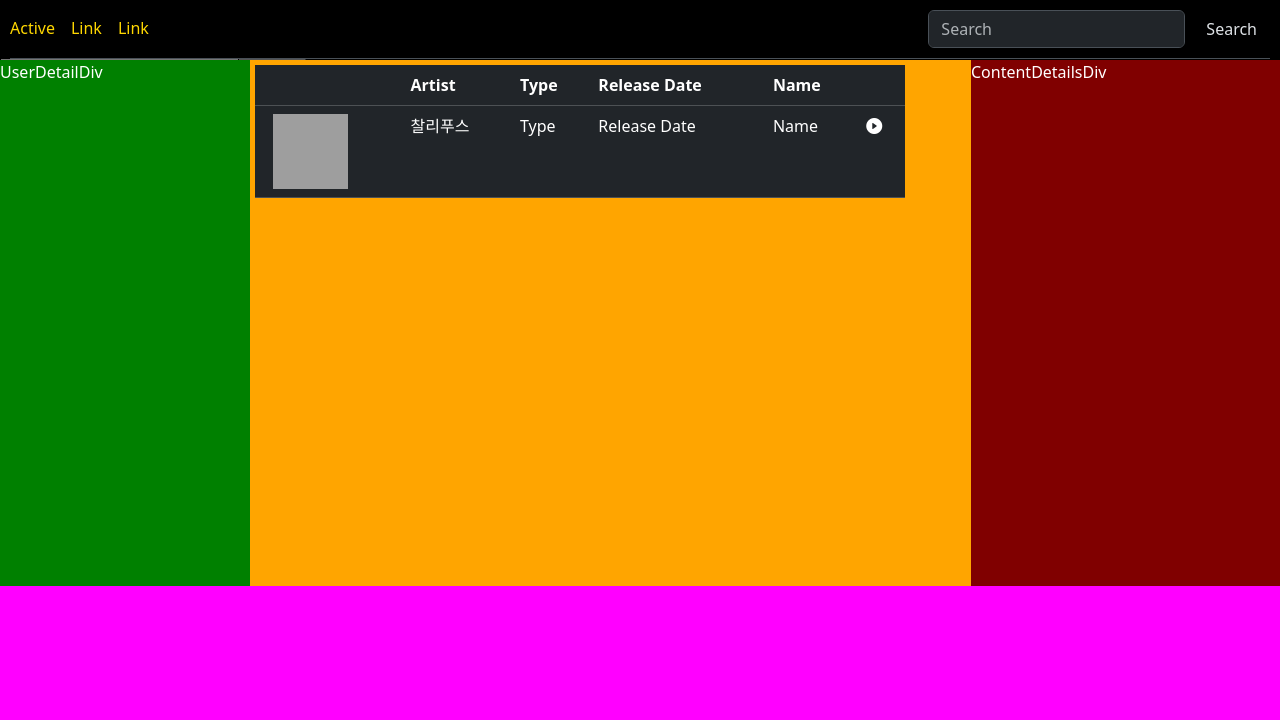
Repository: budflower44/My_Music_Life
Page: http://localhost/my_music_life/WEB-INF/views/mml/main.jsp
These files come from the project's save history. The page is drawn as it stood at one moment and after the next save; the edit follows.
The browser window is 1280 px wide. The pictures show the whole page.
Pictures or frames that could not be fetched are drawn as grey boxes. The page is served by Tomcat 9. Nobody is signed in. Other server files are loaded and not shown. The template is opened directly, without the code that normally fills it, so the values that code supplies are empty.

Above is the page before, as saved 2024-02-16 05:36:04.

### my_music_life/src/main/webapp/WEB-INF/views/mml/main.jsp
<%@ page language="java" contentType="text/html; charset=UTF-8"
    pageEncoding="UTF-8"%>
<!DOCTYPE html>
<html>
<head>
<meta charset="UTF-8">
<title>Insert title here</title>
</head>
<link rel="stylesheet" href="https://cdn.jsdelivr.net/npm/bootstrap-icons@1.10.5/font/bootstrap-icons.css">
<link href="https://cdn.jsdelivr.net/npm/bootstrap@5.3.1/dist/css/bootstrap.min.css" rel="stylesheet" integrity="sha384-4bw+/aepP/YC94hEpVNVgiZdgIC5+VKNBQNGCHeKRQN+PtmoHDEXuppvnDJzQIu9" crossorigin="anonymous">
<script src="https://cdn.jsdelivr.net/npm/@popperjs/core@2.11.8/dist/umd/popper.min.js" integrity="sha384-I7E8VVD/ismYTF4hNIPjVp/Zjvgyol6VFvRkX/vR+Vc4jQkC+hVqc2pM8ODewa9r" crossorigin="anonymous"></script>
<script src="https://cdn.jsdelivr.net/npm/bootstrap@5.3.1/dist/js/bootstrap.min.js" integrity="sha384-Rx+T1VzGupg4BHQYs2gCW9It+akI2MM/mndMCy36UVfodzcJcF0GGLxZIzObiEfa" crossorigin="anonymous"></script>
<style>
body{
	background-color : black;
	color: white;
	padding: 0;
	margin: 0;
}
.parentsDiv{
	height: 100vh;
	width: 100vw;
	display: flex;
	flex-direction: column;
}
.HeaderDiv{
	height: 60px;
}
.MidDiv{
	height: calc(100vh - 214px);
	min-height: calc(100vh - 194px);
	display:flex;
}
.FooterDiv{
	background-color: fuchsia;
	height: 154px;
	padding: 0;
	margin: 0;
	position:sticky;
	top: calc(100vh - 214px);
}
.SearchLineDiv{

}
.UserDetailDiv{
	background-color: green;
	width: 250px;
	min-width: 250px;
}
.ContentsDiv{
	background-color: orange;
	width: 100%;
	height:calc(100vw-550px);
	display: flex;
	justify-content: space-between;
	overflow: scroll;
}
.ContentDiv{
	background-color: lime;
	width: 70%;
	height: calc(100vw-550px);
	overflow: scroll;
	align-items: flex-start;
}
.ContentDetailsDiv{
	background-color: maroon;
	width: 30%;
	min-width: 300px;
	height: 100%
}
.MusicBox{
	background-color: navy;
	padding: 0;
	margin: 5px;

}
.searchDiv{
	background-color: black;
	width: 650px;
	height: 75px;
	margin: 5px;
}
.searchDiv img{
	margin-left: 10px;
}
.searchDiv span{
	text-align: center;
}
.playIcon {
	display: inline;
}

.navDiv{
	position:sticky;
	padding-left: 10px;
	padding-right: 10px;
}
.nav-link{
	color: gold;
}
.nav-link:hover {
	color: white;
}
.navbar{
	background-color: black;
}
.table{
	max-width: 650px;
}
</style>
<body>
<div class="parentsDiv">
	<div class="HeaderDiv">
		<div class="SearchLineDiv">
				<div class="navDiv">
					<nav class="navbar border-bottom border-body" data-bs-theme="dark">
						<ul class="nav nav-underline justify-content-end">
							<li class="nav-item"><a class="nav-link" aria-current="page" href="#">Active</a></li>
							<li class="nav-item"><a class="nav-link" href="#">Link</a></li>
							<li class="nav-item"><a class="nav-link" href="#">Link</a></li>
						</ul>
						<form class="d-flex" role="search">
        					<input class="form-control me-2 " id="searchKeyword" type="search" placeholder="Search" aria-label="Search">
        					<button class="btn" type="button" id="searchBtn">Search</button>
      					</form>
					</nav>
				</div>
				<input type="text" id="searchKeyword"><button type="button" id="searchBtn">Search</button>
		</div>
	</div>
	<div class="MidDiv">
		<div class="UserDetailDiv">UserDetailDiv</div>
		<div class="ContentsDiv">
			<div class="contentDiv">
				<div class="searchDiv">
				<table id="SearchBox" class="table table-dark table-hover">
					<tr>
						<th></th>
						<th>Artist</th>
						<th>Type</th>
						<th>Release Date</th>
						<th>Name</th>
						<th></th>
					</tr>
					<tr>
						<td>
						<img alt="" src="https://i.scdn.co/image/ab67616d0000b273a3b39c1651a617bb09800fd8" style="height:75px; width:75px; display:inline;">
						</td>
						<td>찰리푸스</td>
						<td>Type</td>
						<td>Release Date</td>
						<td>Name</td>
						<td><i class="bi bi-play-circle-fill"></i></td>
					</tr>
				</table>
				</div>
			</div>
			<div class="ContentDetailsDiv">ContentDetailsDiv</div>
		</div>
	</div>
	<div class="FooterDiv">
		<div class="MusicBox" id="MusicBox"></div>
	</div>
	<div></div>
</div>

<script src="/resources/js/spotifyAPI.js"></script>

</body>
</html>

### my_music_life/src/main/webapp/resources/js/spotifyAPI.js
async function getTokenToServer(){
    try {
        const url = "/mml/token";
        const config = {
            method:'post'
        };
        const resp = await fetch(url, config);
        const result = await resp.text();
        // console.log("getTokenToServer result >> "+result);
        return result;
    } catch (error) {
        console.log(error);
    }
}

async function fetchWebApi(token, keyword) {
    var res1 = encodeURI(keyword);
    console.log(keyword);
    const res = await fetch(`https://api.spotify.com/v1/search?q=${keyword}&type=album%2Ctrack%2Cartist`, {
        headers: {
            Authorization: `Bearer ${token}`,
        },
        method : 'GET'
    });
  const data = await res.json();
  console.log(data);
  return data;
}

async function searchAlbumsDataToServer(searchData){
    try {
        const url = "/mml/search/albums";
        const config = {
            method : 'post',
            headers : {
                'content-type' : 'application/json; charset=utf-8'
            },
            body : JSON.stringify(searchData)
        };
        const resp = await fetch(url, config);
        const result = await resp.text();
        console.log("albums 서버 응답 받음:", result);
        const searchObj =  parseQueryString(result);;
        console.log(searchObj);
        return searchObj;
    } catch (error) {
        console.log(error);
    }
}

async function searchArtistsDataToServer(searchData){
    try {
        const url = "/mml/search/artists"
        const config = {
            method: 'post',
            headers : {
                'content-type' : 'appication/json; charset=utf-8'
            },
            body : JSON.stringify(searchData)
        };
        const resp = await fetch(url, config);
        const result = await resp.text();
        console.log("artists 서버 응답 받음", result);
        const searchObj =  parseQueryString(result);;
        console.log(searchObj);
        return searchObj;
    } catch (error) {
        console.log(error);
    }
}

document.getElementById('searchBtn').addEventListener('click', async ()=>{
    try {
        document.getElementById('SearchBox').innerHTML = "";
        tableFrom();
        const keywordVal = document.getElementById('searchKeyword').value;
        console.log(keywordVal);
        getTokenToServer().then(token=>{
            fetchWebApi(token, keywordVal).then(res =>{
                if(res.albums){
                    searchAlbumsDataToServer(res.albums).then(album =>{
                        console.log(album);
                        for(let i=0; i<res.albums.items.length; i++){
                            let artistsUri = album.artistsUri[i];
                            let artistsName = album.artistsName[i];
                            let albumType = album.albumType[i];
                            let releaseDate = album.releaseDate[i];
                            let name = album.name[i];
                            console.log(artistsUri);
                            console.log(res.albums.items[i].external_urls.spotify);
                            const url = res.albums.items[i].external_urls.spotify;
                            let embedUrl = url.match(/\/album\/(\w+)/)[0];
                            console.log(embedUrl);
                            embedFrom(artistsUri, artistsName, albumType, releaseDate, name, embedUrl);
                        }})
                }
                if(res.artists){
                    for(let i=0; i<res.artists.items.length; i++){
                        console.log(res.artists.items[i].external_urls.spotify);
                        const url = res.artists.items[i].external_urls.spotify;
                        const embedUrl = url.match(/\/artist\/(\w+)/)[0];
                        console.log(embedUrl);
                    }
                }
                if(res.tracks){
                    for(let i=0; i<res.tracks.items.length; i++){
                        console.log(res.tracks.items[i].external_urls.spotify);
                        const url = res.tracks.items[i].external_urls.spotify;
                        const embedUrl = url.match(/\/track\/(\w+)/)[0];
                        console.log(embedUrl);
                    }
                }

            })
        })
    } catch (error) {
        console.log(error);
    }
})

function embedFromPlayer(url){
    document.getElementById('MusicBox').innerHTML += `
    <iframe style="border-radius:12px"
    src="https://open.spotify.com/embed/${url}?utm_source=generator"
    width="100%" height="152" frameBorder="0" allowfullscreen="" allow="autoplay;
    clipboard-write; encrypted-media; fullscreen; picture-in-picture" loading="lazy" >
    </iframe>`;
}

function tableFrom(){
    document.getElementById('SearchBox').innerHTML += `
    <tr>
    <th></th>
    <th>Artist</th>
    <th>Type</th>
    <th>Release Date</th>
    <th>Name</th>
    <th></th>
    </tr>
    `;
}

function embedFrom(artistsUri, artistsName, albumType, releaseDate, name, embedUrl){
    console.log(document.getElementById('MusicBox'));
    document.getElementById('SearchBox').innerHTML += `
    <tr class="PlayMusic">
    <td>
    <img src="${artistsUri}" style="height:75px; width:75px; display:inline;">
    </td>
    <td>${artistsName}</td>
    <td>${albumType}</td>
    <td>${releaseDate}</td>
    <td>${name}</td>
    <td><input type="hidden" value="${embedUrl}"><i class="bi bi-play-circle-fill"></i></td>
    </tr>`;
}

document.addEventListener('click', (e)=>{
    document.getElementById('MusicBox').innerHTML = "";
    console.log(e.target);
    console.log(e.target.closest('tr'));
    let PlayMusicTr = e.target.closest('tr');
    if(PlayMusicTr.classList.contains('PlayMusic')){
        const embedUrl = PlayMusicTr.querySelector('input').value;
        console.log(embedUrl);
        embedFromPlayer(embedUrl);
    }
})

function parseQueryString(ParsingData) {
    const params = new URLSearchParams(ParsingData);
    const result = {};

    // 모든 키-값 쌍을 객체에 추가
    for (const [key, value] of params.entries()) {
        // 만약 이미 같은 키가 있다면 값을 배열로 저장
        if (result.hasOwnProperty(key)) {
            if (Array.isArray(result[key])) {
                result[key].push(value);
            } else {
                // 값이 이미 존재하는데 배열이 아닌 경우, 값을 배열로 변환
                result[key] = [result[key], value];
            }
        } else {
            result[key] = value;
        }
    }

    return result;
}

After the next save:
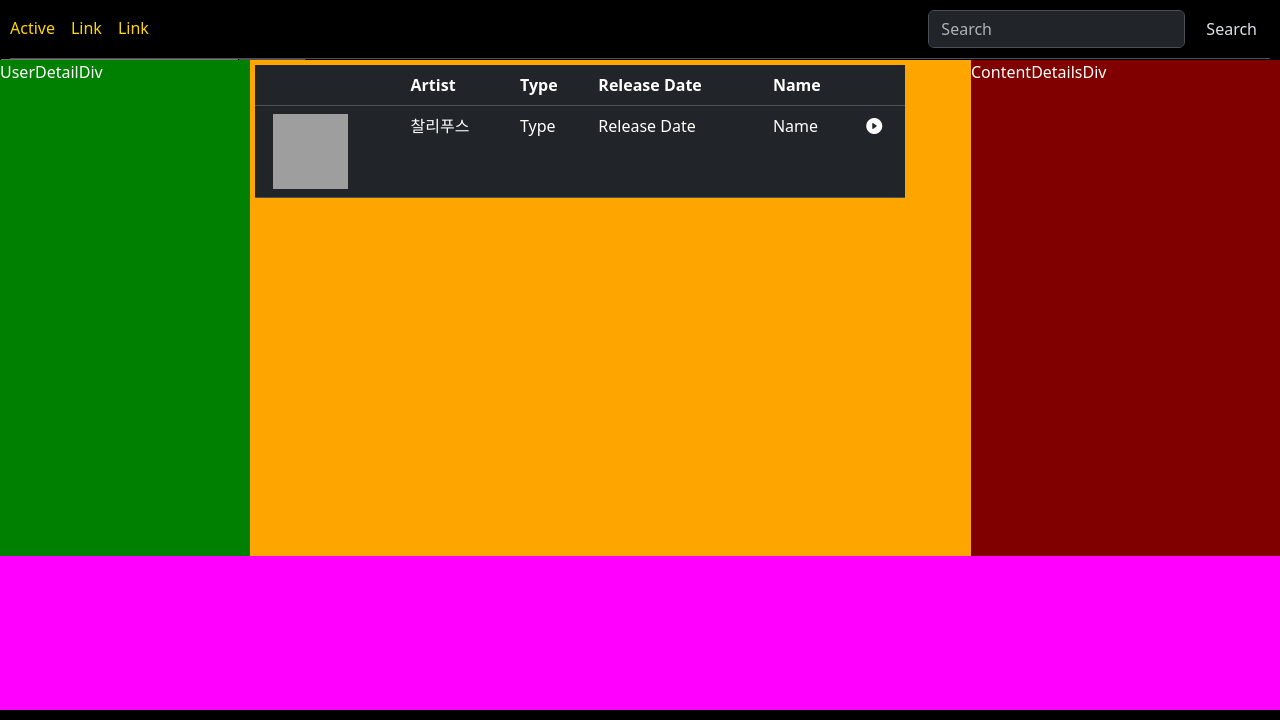
Saved 72 s later.
--- a/my_music_life/src/main/webapp/WEB-INF/views/mml/main.jsp
+++ b/my_music_life/src/main/webapp/WEB-INF/views/mml/main.jsp
@@ -27,8 +27,8 @@ body{
 	height: 60px;
 }
 .MidDiv{
-	height: calc(100vh - 214px);
-	min-height: calc(100vh - 194px);
+	height: calc(100vh - 224px);
+	min-height: calc(100vh - 224px);
 	display:flex;
 }
 .FooterDiv{
@@ -37,7 +37,7 @@ body{
 	padding: 0;
 	margin: 0;
 	position:sticky;
-	top: calc(100vh - 214px);
+	top: calc(100vh - 224px);
 }
 .SearchLineDiv{
 
